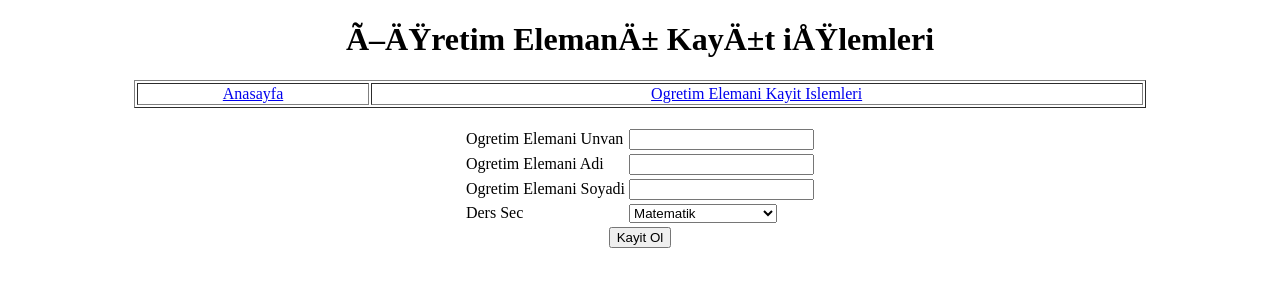
Repository: Egemen-ve-Burakhan-internet-final/final
Page: http://localhost/ogretim/ogretmen_kayit.jsp
The author's editor kept a copy of each file at every save. The page is drawn from the files as they stood at one save, then again after the next save.
The browser window is 1280 px wide. The pictures show the whole page.
The page is served by Tomcat 9. Other server files are loaded and not shown.

Above is the page before, as saved 2020-05-30 13:04:09.

### okul/ogretim/WebContent/ogretmen_kayit.jsp
<%@ page language="java" contentType="text/html; charset=ISO-8859-1"
    pageEncoding="ISO-8859-1"%>
<!DOCTYPE html>
<html>
<head>
<meta charset="ISO-8859-1">
<title>Ogretmen Kayit Sayfasi</title>
</head>
<body>
	<div>
		<div>
			<h1 style="text-align:center">Öğretim Elemanı Kayıt işlemleri</h1>
		</div>
		<div>
			<table border=1px; width="80%" align= center>
				<tr>
					<td style="text-align:center"><a href="index.jsp">Anasayfa               </a></td>
					<td style="text-align:center"><a href="ogretmen_kayit.jsp">Ogretim Elemani Kayit Islemleri</a></td>
				</tr>
			</table>
		</div><br>

		<div>
			<form name="forum" action="Servlet" method="post">
				<table align= center>

					<tr>
						<td><label>Ogretim Elemani Unvan</label></td>
						<td><input type="text" name="unvan" id="unvan"></td>
					</tr>

					<tr>
						<td><label>Ogretim Elemani Adi</label></td>
						<td><input type="text" name="ad" id="ad"></td>
					</tr>

					<tr>
						<td><label>Ogretim Elemani Soyadi</label></td>
						<td><input type="text" name="soyad" id="soyad"></td>
					</tr>

					<tr>
						<td><label>Ders Sec</label></td>
						<td>
							<select name="ders" id="ders">
							    <option value="1">Matematik</option>
							    <option value="2">Turkce</option>
							    <option value="3">Ingilizce</option>
							    <option value="4">Tarih</option>
							    <option value="5">Felsefe</option>
							    <option value="6">Biyoloji</option>
							    <option value="7">Fizik</option>
							    <option value="8">Kimya</option>
							    <option value="9">Internet Programciligi</option>
							    <option value="10">Muzik</option>
							    <option value="11">Beden Egitimi</option>
							    <option value="12">Din Kulturu</option>
			 			 	</select>
			 			</td>
					</tr>
					<tr>
						<td colspan="2" align=center><input type="submit" id="gonder" name="gonder" value="Kayit Ol"></td>
					</tr>
				</table>
			</form>
		</div>


	</div>
</body>
</html>

After the next save:
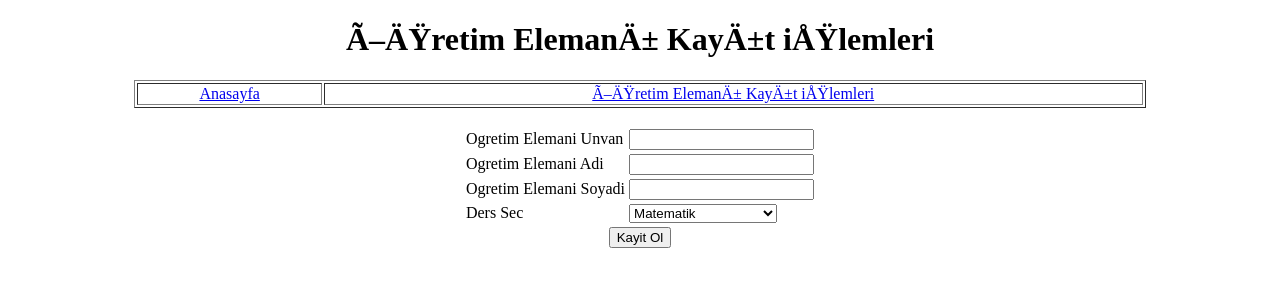
Saved 5 s later.
--- a/okul/ogretim/WebContent/ogretmen_kayit.jsp
+++ b/okul/ogretim/WebContent/ogretmen_kayit.jsp
@@ -15,7 +15,7 @@
 			<table border=1px; width="80%" align= center>
 				<tr>
 					<td style="text-align:center"><a href="index.jsp">Anasayfa               </a></td>
-					<td style="text-align:center"><a href="ogretmen_kayit.jsp">Ogretim Elemani Kayit Islemleri</a></td>
+					<td style="text-align:center"><a href="ogretmen_kayit.jsp">Öğretim Elemanı Kayıt işlemleri</a></td>
 				</tr>
 			</table>
 		</div><br>
